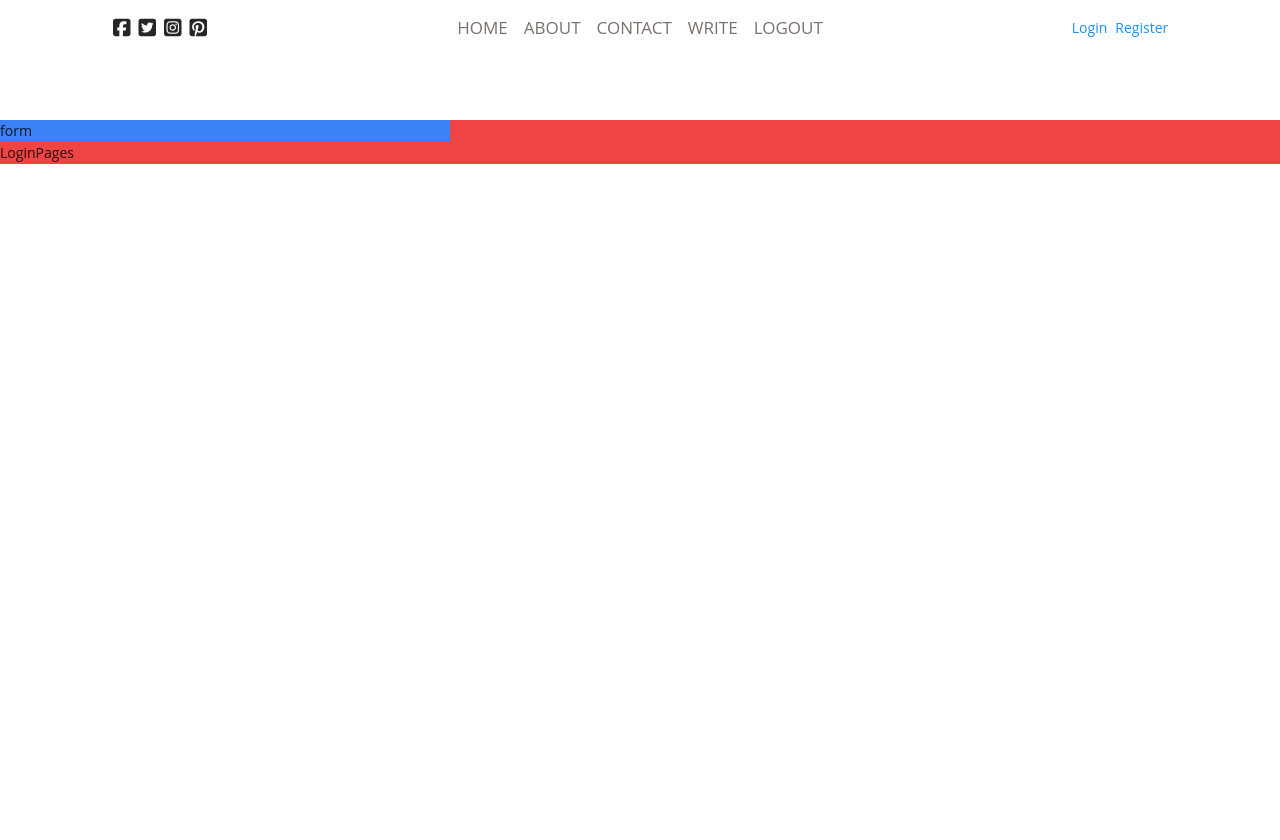
Repository: truongnguyenuit/Blog_App_ver2
Page: /login (app in client/)
An editor plug-in stored every save of this project. The page is shown before and after the next save, followed by the edit.
The browser window is 1280 px wide. The pictures show the whole page.
Some web libraries are served in a nearby version. The project was rebuilt for these pictures with package versions that can differ from the ones it lists, and the page was loaded fresh each time. Also part of the build but not shown: client/src/components/AboutComponent.js, client/src/pages/HomePage.js, client/src/pages/RegisterPage.js.

Above is the page before, as saved 2022-07-18 11:13:53.

### client/public/index.html
<!DOCTYPE html>
<html lang="en">
  <head>

    <meta charset="utf-8" />
    <meta name="viewport" content="width=device-width, initial-scale=1" />
    <meta
      name="description"
      content="Web site created using create-react-app"
    />
    <style>
      *{
        font-family: 'Open Sans', sans-serif;
        margin: 0;
      }
    </style>
    <script src="https://kit.fontawesome.com/cd2089affa.js" crossorigin="anonymous"></script>
    <title>Blog App</title>

  </head>
  <body>

    <noscript>You need to enable JavaScript to run this app.</noscript>
    <div id="root"></div>

  </body>
</html>

### client/src/index.js
import React from 'react';
import ReactDOM from 'react-dom/client';
import './index.css';
import App from './App';
import 'antd/dist/antd.min.css'


const root = ReactDOM.createRoot(document.getElementById('root'));
root.render(
  <React.StrictMode>
    <App />
  </React.StrictMode>
);

### client/src/App.js
import { BrowserRouter, Route, Routes } from "react-router-dom";
import { configRouter } from './router/configRouter';
import NavbarComponent from './components/NavbarComponent';
function App() {
  return (
    <div>
      <BrowserRouter>
        <div className="fixed top-0 left-0 right-0 z-10">
          <NavbarComponent />
        </div>
        <div className="mt-[50px]"></div>
        <Routes>
          {configRouter.map((item, index) => {
            return (
              <Route
                key={index}
                path={item.path}
                element={item.page}
              />
            );
          })}

        </Routes>

      </BrowserRouter>
    </div>
  );
}

export default App;

### client/src/router/configRouter.js
import HomePage from "../pages/HomePage";
import LoginPage from "../pages/LoginPage";
import RegisterPage from "../pages/RegisterPage";
import { pathName } from "./pathName";

export const configRouter=[
  {
    path: pathName.home,
    page: <HomePage/>,
  },
  {
    path: pathName.login,
    page: <LoginPage/>,
  },
  {
    path: pathName.register,
    page: <RegisterPage/>
  }
]

### client/src/components/NavbarComponent.js
import React from 'react'
import { Link } from "react-router-dom";
import { Row, Col } from "antd"
import { pathName } from '../router/pathName';

const NavigateRouter = [
  {
    path: "",
    name: "HOME",
  },
  {
    path: "",
    name: "ABOUT",
  },
  {
    path: "",
    name: "CONTACT",
  },
  {
    path: "",
    name: "WRITE",
  },
  {
    path: "",
    name: "LOGOUT",
  },
];

const NavbarComponent = () => {
  return (
    <div className="bg-white">
      <Row >

        <Col span={6} className="h-14">
          <div className="flex justify-center items-center text-[20px] gap-2 h-14">
            <i className="fa-brands fa-facebook-square cursor-pointer"></i>
            <i className="fa-brands fa-twitter-square cursor-pointer"></i>
            <i className="fa-brands fa-instagram-square cursor-pointer"></i>
            <i className="fa-brands fa-pinterest-square cursor-pointer"></i>
          </div>
        </Col>

        <Col span={12} className="h-14">
          <nav>
            <ul className="flex justify-center items-center text-[17px] gap-4 h-14">
              {NavigateRouter.map((item, index) => {
                return (
                  <li key={index}>
                    <Link to={item.path} className="text-stone-500 hover:text-stone-400">
                      {item.name}
                    </Link>
                  </li>
                );

              })}
            </ul>
          </nav>
        </Col>

        <Col span={6} className="h-14">
          <div className="flex justify-center items-center gap-2 h-14">
            <Link to={pathName.login}>
              Login
            </Link>
            <Link to={pathName.register}>
              Register
            </Link>
          </div>
        </Col>

      </Row>
    </div>
  )
}

export default NavbarComponent

### client/src/pages/LoginPage.js
import React from 'react'

const LoginPage = () => {
  return (
    <div className='bg-red-500  mt-[120px]'>
      <div className="bg-blue-500 w-[450px]">
        form
      </div>
      LoginPages
    </div>
  )
}

export default LoginPage

### client/src/router/pathName.js
export const pathName = {
  home: "/",

  login: "/login",
  register: "/register",

}

### client/tailwind.config.js
/** @type {import('tailwindcss').Config} */
module.exports = {
  content: ["./src/**/*.{html,js,jsx,ts}"],
  theme: {
    extend: {},
  },
  plugins: [],
}

Loaded but not shown: client/src/index.css (common file)

After the next save:
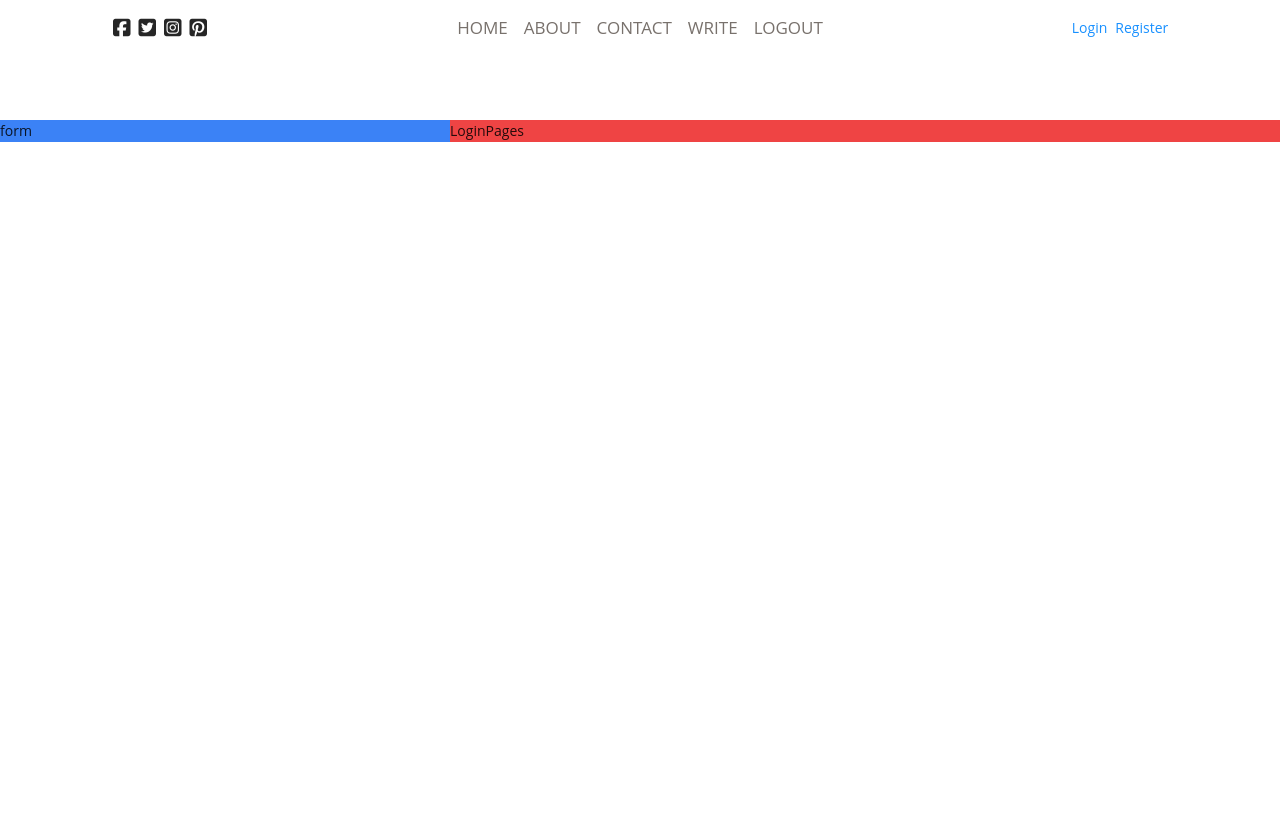
Saved 5 s later.
--- a/client/src/pages/LoginPage.js
+++ b/client/src/pages/LoginPage.js
@@ -2,7 +2,7 @@ import React from 'react'
 
 const LoginPage = () => {
   return (
-    <div className='bg-red-500  mt-[120px]'>
+    <div className='bg-red-500  mt-[120px] flex'>
       <div className="bg-blue-500 w-[450px]">
         form
       </div>
